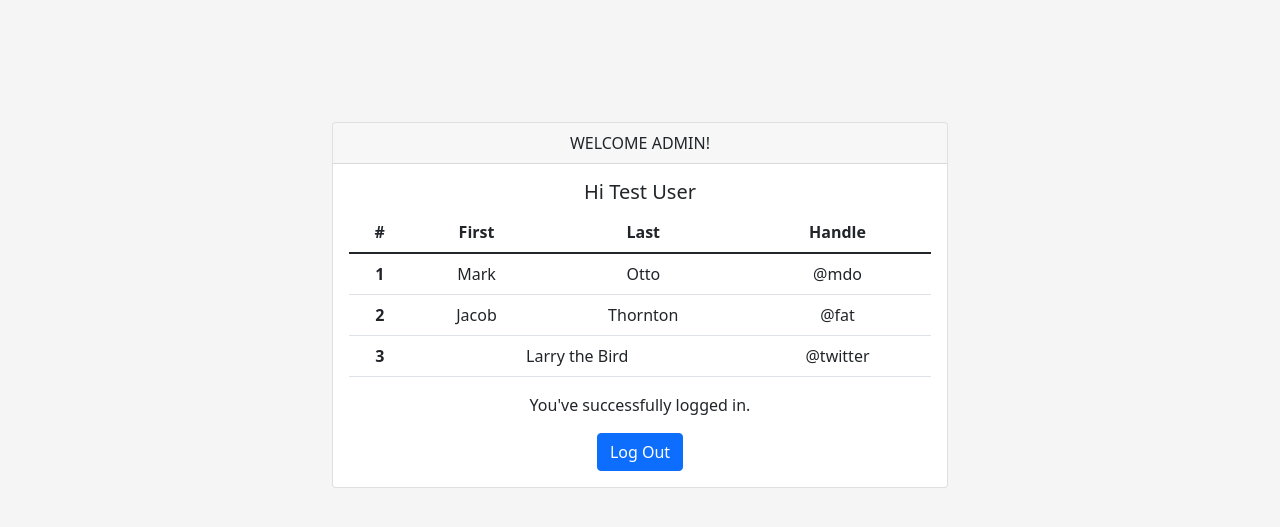
Repository: rabin-bhandari/LOGIN-SIGNUP
Page: http://localhost/welcome.php
These files come from the project's save history. The page is drawn as it stood at one moment and after the next save; the edit follows.
The browser window is 1280 px wide. The pictures show the whole page.
The page is run by PHP 8.4 with error messages shown; the project is at /var/www/html/. The session is filled in as if someone had signed in: {"email": "test@example.com", "first_name": "Test User", "last_name": "Test User", "id": 1, "admin": 1}.

Above is the page before, as saved 2022-03-27 19:57:30.

After the next save:
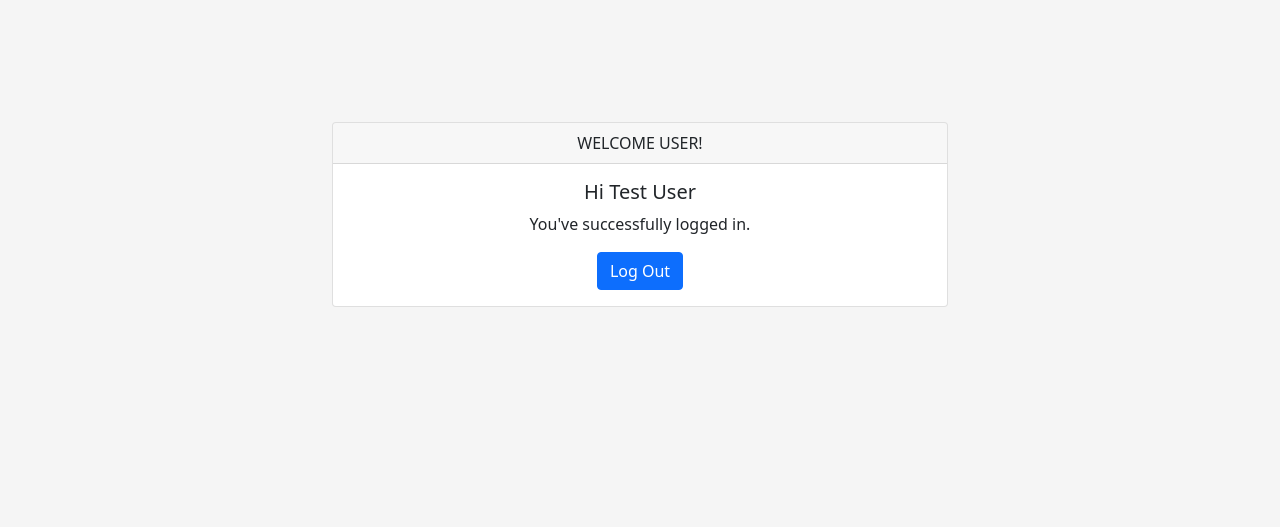
Saved 8 min 11 s later.
--- a/welcome.php
+++ b/welcome.php
@@ -18,7 +18,7 @@ if (isset($_SESSION['id']) && isset($_SESSION['email'])) {
     <title>Welcome Screen</title>
   </head>
   <?php
-  if ($_SESSION['admin'] == 1) {
+  if ($_SESSION['admin'] == 0) {
   ?>
 
     <body>
